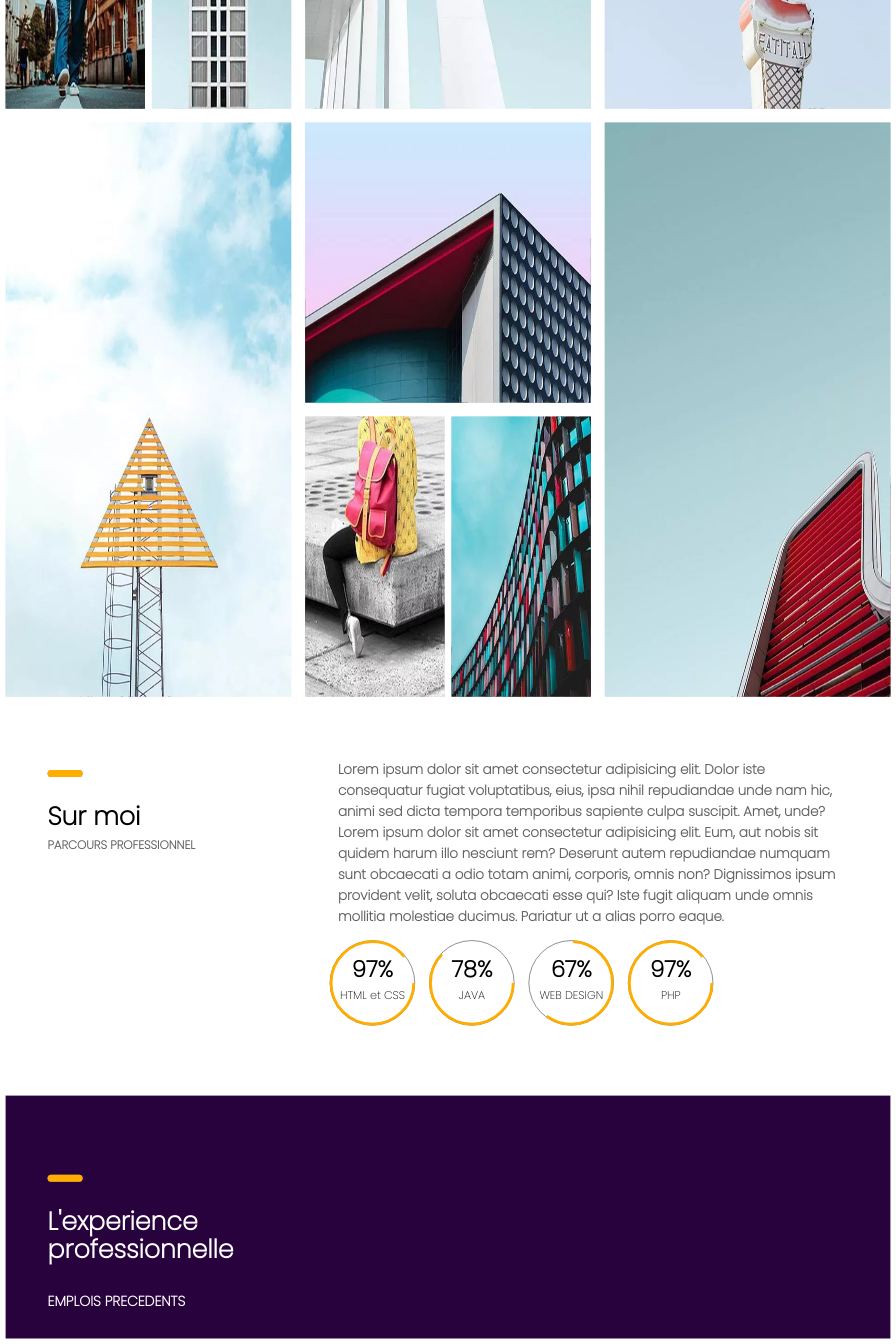
Repository: wadelfadill/CV_PORTFOLIO
Page: index.html
These files come from the project's save history. The page is drawn as it stood at one moment and after the next save; the edit follows.
The browser window is 1280 px wide. The pictures show the part of the page from y = 1693 to 3613 px (the page is 3613 px tall before and 3546 px after), at 70% of full size.
Some icons come from a web library that is not loaded, so they are not drawn. Backgrounds fixed to the window are drawn as part of the page.

Above is the page before, as saved 2023-03-16 11:39:35.

### index.html
<!DOCTYPE html>
<html lang="fr">
<head>
    <meta charset="UTF-8">
    <meta http-equiv="X-UA-Compatible" content="IE=edge">
    <meta name="viewport" content="width=device-width, initial-scale=1.0">
    <title>CV - Portfolio</title>
    <link rel="stylesheet" href="style.css">
    <link rel="stylesheet" href="path/to/font-awesome/css/font-awesome.min.css">
    <link href="/fontawesome/css/all.css" rel="stylesheet">
    <link href="/fontawesome/css/fontawesome.css" rel="stylesheet">
    <link href="/fontawesome/css/brands.css" rel="stylesheet">
    <link href="/fontawesome/css/solid.css" rel="stylesheet">
    <link rel="stylesheet" href="/fontawesome/css/regular.css">
    <link rel="preconnect" href="https://fonts.googleapis.com">
    <link rel="stylesheet" href="/fontawesome/css/all.min.css">
    <link rel='stylesheet' href='https://cdn-uicons.flaticon.com/uicons-brands/css/uicons-brands.css'>
    <link rel="stylesheet" href="https://cdn-uicons.flaticon.com/uicons-regular-straight/css/uicons-regular-straight.css">
<link rel="preconnect" href="https://fonts.gstatic.com" crossorigin>
<link href="https://fonts.googleapis.com/css2?family=Manrope&family=Montserrat&family=Poppins:wght@200&family=Roboto&display=swap" rel="stylesheet">
</head>
<body>
    <header>
        <div class="head">
            <div class="address">
                <div class="add-1">
                    <div class="add-icone"><i class="fi fi-rs-marker"></i></div>
                    <div class="add-text">3008, promenade Sarah <br> Franklin, LA 70538</div>
                </div>
                <div class="add-1">
                    <div class="add-icone"><i class="fi fi-rs-phone-call"></i></div>
                    <div class="add-text">337-4139538 <br> MIN - VEN, 8 AM - 19 PM</div>
                </div>
                <div class="add-1">
                    <div class="add-icone"><i class="fi fi-rs-messages"></i></div>
                    <div class="add-text">contact@gmail.com <br>REPONSE EN 24 HEURES</div>
                </div>
            </div>
            <div class="download">
                <a href="#" class="button">Telecharger CV</a>
            </div>
        </div>
        <div class="head_2">
           <div class="presentation">
            <div class="img">
                <img src="images/profile.jpg" alt="profile" class="profil">
                <h2>Michel SMith</h2>
                <h3 >Responsable d'Affaires</h3>
            </div>
            <div class="rest">
                <ul>
                    <li><b>NE :</b> 25 aout 1985</li>
                    <li class="courriel"><b>COURRIEL :</b> mymith@mywebpage.com</li>
                    <li><b>ETAT CIVIL :</b> Marie</li>
                </ul>
            </div>
            <div class="social">
                <ul class="social-reseau">
                    <li><a href=""><i class="fi fi-brands-pinterest"></i></a></li>
                    <li><a href=""><i class="fi fi-brands-linkedin"></i></a></li>
                    <li><a href=""><i class="fi fi-brands-instagram"></i></a></li>
                    <li><a href=""><i class="fi fi-brands-facebook"></i></a></li>
                    <li><a href=""><i class="fi fi-brands-twitter"></i></a></li>
                </ul>
            </div>

           </div>
        </div>
    </header>
    <main>
        <div class="portfolio">
            <div class="head-portfolio">
                <div class="title-portfolio">
                    <progress value="100" max="100" class="progress"></progress>
                    <h2>Portfolio</h2>
                    <h5>MON TRAVAIL</h5>
                </div>
                <div class="album-link" id="grid">
                    <a href="#grid"><b>TOUT</b></a>
                    <a href="#grid" class="web-link"><b>CREATION DE SITES WEB</b></a>
                    <a href="#grid"><b>L'IMAGE DE MARQUE</b></a>
                    <a href="#grid"><b>CONCEPTION GRAPHIQUE</b></a>
                </div>
            </div>
            <div class="grid">
                <div class="elem one web"><a href="images/portfolio_1.jpg"><img src="images/portfolio_1.jpg" alt=""></a></div>
                <div class="elem two"><a href="images/portfolio_2.jpg"> <img src="images/portfolio_2.jpg" alt=""></a></div>
                <div class="elem three web"><a href="images/portfolio_3.jpg"><img src="images/portfolio_3.jpg" alt=""></a></div>
                <div class="elem four">
                    <div class="four-1">
                        <a href="images/portfolio_4_1.jpg"><img src="images/portfolio_4_1.jpg" alt=""></a>
                    </div>
                    <div class="four-2">
                        <a href="images/portfolio_4_2.jpg"><img src="images/portfolio_4_2.jpg" alt=""></a>
                    </div>
                </div>
                <div class="elem five"><a href="images/portfolio_5.jpg"><img src="images/portfolio_5.jpg" alt=""></a></div>
                <div class="elem six"><a href="images/portfolio_6.jpg"><img src="images/portfolio_6.jpg" alt=""></a></div>
                <div class="elem seven web"><a href="images/portfolio_7.jpg"><img src="images/portfolio_7.jpg" alt=""></a></div>
                <div class="elem eight web"><a href="images/portfolio_8.jpg"><img src="images/portfolio_8.jpg" alt=""></a></div>
                <div class="elem nine">
                    <div class="nine-1">
                        <a href="images/portfolio_9_1.jpg"><img src="images/portfolio_9_1.jpg" alt=""></a>
                    </div>
                    <div class="nine-2">
                        <a href="images/portfolio_9_2.jpg"><img src="images/portfolio_9_2.jpg" alt=""></a>
                    </div>
                </div>
            </div>
        </div>
        <div class="parcou-pro">
            <div class="head-parcou-pro">
                <div class="title-parcou-pro">
                    <progress value="100" max="100" class="progress"></progress>
                    <h2>Sur moi</h2>
                    <h5>PARCOURS PROFESSIONNEL</h5>
                </div>
                <div class="parcou-pro-content">
                    <p>
                        Lorem ipsum dolor sit amet consectetur
                        adipisicing elit. Dolor iste consequatur
                        fugiat voluptatibus, eius, ipsa nihil
                        repudiandae unde nam hic, animi sed dicta
                        tempora temporibus sapiente culpa suscipit.
                        Amet, unde?
                        Lorem ipsum dolor sit amet consectetur adipisicing elit.
                        Eum, aut nobis sit quidem harum illo nesciunt rem?
                         Deserunt autem repudiandae numquam sunt obcaecati
                         a odio totam animi, corporis, omnis non?
                        Dignissimos ipsum provident velit, soluta obcaecati esse qui?
                         Iste fugit aliquam unde omnis mollitia molestiae ducimus.
                         Pariatur ut a alias porro eaque.
                    </p>
                </div>
            </div>
            <div class="competence-level">
                <div class="circle circle-1">
                    <svg>
                        <circle cx="95px" cy="86px" r="59px" fill="none"></circle>
                    </svg>
                    <div class="code">
                        <h1>97%</h1>
                        <p>HTML et CSS</p>
                    </div>
                </div>
                <div class="circle circle-2">
                    <svg>
                        <circle cx="95px" cy="86px" r="59px" fill="none"></circle>
                    </svg>
                    <div class="code">
                        <h1>78%</h1>
                        <p>JAVA</p>
                    </div>
                </div>
                <div class="circle circle-3">
                    <svg>
                        <circle cx="95px" cy="86px" r="59px" fill="none"></circle>
                    </svg>
                    <div class="code">
                        <h1>67%</h1>
                        <p>WEB DESIGN</p>
                    </div>
                </div>
                <div class="circle circle-4">
                    <svg>
                        <circle cx="95px" cy="86px" r="59px" fill="none"></circle>
                    </svg>
                    <div class="code">
                        <h1>97%</h1>
                        <p>PHP</p>
                    </div>
                </div>
            </div>
        </div>
        <div class="exp-pro">
            <div class="head-parcou-pro">
                <div class="title-exp-pro">
                    <progress value="100" max="100" class="progress"></progress>
                    <h2>L'experience <br> professionnelle</h2>
                    <h5>EMPLOIS PRECEDENTS</h5>
                </div>
                <div class="exp-pro-content">

                </div>
            </div>
        </div>
    </main>
    <footer>
    </footer>
</body>
</html>

### style.css
body{

    font-family: 'Poppins';
}
header{
    color: white;
    margin: 0;
    width: 100%;
    height: 530px;
    padding-top: 20px;
    background-image: linear-gradient(rgba(0, 0, 0, 0.4),
    rgba(0, 0, 0, 0.4)), url("images/background.jpg");
    background-size: cover;
    opacity: 1;
    background-attachment: fixed;
    z-index: 0;
    display: flex;
    justify-content: space-between;
    flex-direction: column;
    gap: 100px;
    margin-bottom: 250px;
}
.address{
    background-color: #FFAD01;
    padding: 20px;
    display: flex;
    justify-content: space-between;
    border-radius: 5px;
    z-index: 100;


}
.add-1{
    display: flex;
    justify-content: space-between;
    align-items: center;
    gap: 10px;
}
.head{
    display: flex;
    flex-direction: column;
    justify-content: space-between;
    gap: 40px;
    padding-left: 10%;
    padding-right: 10%;


}
.download{
   align-self: flex-end;
   margin: 0;
   height: 100px;
}
.download a{
    margin: 0;
    padding-top: 10px;
    padding-bottom: 10px;
    padding-right: 20px;
    padding-left: 20px;
    background-color: #FFAD01;
    align-self: flex-end;
    color: white;
    text-decoration: none;
    border-radius: 5px;

}
.download:hover {
    transform: translate(0, -5px);
    transition: 0.3s;
}

.profil{
    border-radius: 100%;
    position: relative;
    top: -80px;
    width: 200px;
    height: 200px;
    margin: -50px;
}
.add-icone i{
    font-size: 25px;
    font-weight: 500;
    font-style: normal;
}

.presentation{

    margin: auto;
    width: 50%;
    background-color: white;
    display: flex;
    flex-direction: column;
    align-items: center;
    color: black;
    margin-bottom: 100px;

}
.social-reseau a{
    display: inline-block;
    color: white;
    text-decoration: none;
    background-color: #887392;
    width: 35px;
    height: 35px;
    border-radius: 20px;
    line-height: 35px;

}
.social-reseau a i{
    display: inline-block;
    width: 14px;
    height: 23px;
    margin: auto;
    margin-left: 10px;
    margin-top: 2px;
}
.social{
    margin: 0;
    padding: 0;
}
.social-reseau{
    margin-left: 0;
    padding: 0;
    display: flex;
    justify-content: flex-start;
    gap: 20px;
    align-items: flex-start;

}
li{
    list-style: none;
}
.img{
    line-height: 30px;
    display: flex;
    flex-direction: column;
    justify-content: flex-start;
    align-items: center;
}
.img h2{
    word-spacing: 10px;
    letter-spacing: 5px;
    font-weight: 1500;
    margin: 0;
}
.img h3{
    margin: 0;
    color: #FFAD01;
}
.courriel{
    position: relative;
    left: -50px;

}
.social-reseau a:hover{
    background-color: #FFAD01;
    transition: .2s;
    transform: scale(1.1);
}
.title-portfolio h2, .title-portfolio h5, .title-parcou-pro h2, .title-parcou-pro h5{
    margin: 0;
    padding: 0;

}
.title-portfolio h2, .title-parcou-pro h2{
    padding-top: 30px;
}
.title-portfolio, .title-parcou-pro{
    font-size: 1.5em;
    line-height: 40px;

}
.title-portfolio h5, .title-parcou-pro h5{
    color:#0000009e;
    font-size: 0.7em;
}
.album-link{
    padding-top: 50px;
}
.album-link a{
    color: black;
    text-decoration: none;
    margin: 10px;
    font-size: 1.2em;
    font-weight: 900;
}
.album-link a:link{
    color: black;
}
/* .album-link a:visited{
    color: #FFAD01;
} */
.album-link a:active{
    color: #FFAD01;
}
.head-portfolio{
    display: flex;
    flex-direction: row;
    justify-content: flex-start;
    align-items: last baseline;
    gap: 20%;
    margin-left: 60px;
}
.progress{
    width: 50px;
    appearance: none;
    height: 10px;
}
.progress::-webkit-progress-value{
    border-radius: 10px;
    background-color: #FFAD01;
}
.progress::-webkit-progress-bar{
    border-radius: 10px;
}
.album-link a:hover{
    color: #FFAD01;
}
.grid{
    margin-top: 70px;
    display: grid;
    grid-template-columns: 1fr 1fr 1fr;
    grid-template-rows: 400px 400px 400px 400px;
    column-gap: 20px;
    row-gap: 20px;
}
.two{
    grid-row: 1/3;
    background: url("images/portfolio_2.jpg");
    background-size: cover;
    background-position: center;
    grid-column-start: 2;
}
.one{
    background: url("images/portfolio_1.jpg");
    background-size: cover;
    background-position: center;
}
.elem a img, .four-1 a img, .four-2 a img, .nine-1 a img, .nine-2 a img{
    width: 100%;
    height: 100%;
}
.elem a:active{
    transition: 0.3s;
}
.elem a:active img{
    background-color: rgba(0, 0, 0, 0.45);
}
.three{
    background: url("images/portfolio_3.jpg");
    background-size: cover;
    background-position: center;
}
.four{
    display: flex;
    justify-content: space-between;
    gap: 10px;
}
.four-1{
    width: 90%;
    height: 400px;
    background: url("images/portfolio_4_1.jpg");
    background-size: cover;
    background-position: center;
}
.four-2{
    width: 90%;
    height: 400px;
    background: url("images/portfolio_4_2.jpg");
    background-size: cover;
    background-position: center;
}
.five{
    background: url("images/portfolio_5.jpg");
    background-size: cover;
    background-position: center;
}
.six{
    grid-row: 3/5;
    grid-column-start: 1;
    background: url("images/portfolio_6.jpg");
    background-size: cover;
    background-position: center;
}
.seven{
    background: url("images/portfolio_7.jpg");
    background-size: cover;
    background-position: center;
}
.eight{
    grid-row: 3/5;
    grid-column-start: 3;
    background: url("images/portfolio_8.jpg");
    background-size: cover;
    background-position: center;
}
.nine{
    display: flex;
    justify-content: space-between;
    gap: 10px;

}
.nine-1{
    width: 90%;
    height: 400px;
    background: url("images/portfolio_9_1.jpg");
    background-size: cover;
    background-position: center;
}
.nine-2{
    width: 90%;
    height: 400px;
    background: url("images/portfolio_9_2.jpg");
    background-size: cover;
    background-position: center;
}
.head-parcou-pro{
    display: flex;
    flex-direction: row;
    justify-content: flex-start;
    align-items: first baseline;
    gap: 15%;
    margin-left: 60px;
    margin-right: 60px;
}
.title-parcou-pro{
    width: 30%;
}
.parcou-pro-content{
    width: 90%;
    font-size: 1.2em;
    font-weight: 700;
    line-break: auto;
    line-height: 30px;
    text-align: left;
    color: #0000009e;

}
.parcou-pro{
    margin-top: 70px;
    margin-bottom: 100px;
}
.progress-competence{
    appearance: none;
    height: 13px;

}
.circle{
    width: 120px;
    height: 120px;
    border-radius: 100px;
    border: 1px solid #0000009e;
    margin: 0;
    padding: 0;
}
/*
.circle::after{
    position: absolute;
    content: '';
    top: -4px;
    left: -4px;
    right: -4px;
    bottom: -4px;
    width: 200px;
    height: 200px;
    border-radius: 50%;
    border: 4px solid #FFAD01;
    margin: 0;
    padding: 0;


} */

.competence-level{
    width: 80%;
    display: flex;
    flex-direction: row;
    justify-content: flex-end;
    gap: 20px;
    margin-right: 100px;
}
.circle-1 svg circle{
    display: block;
    margin: auto;
    stroke: #FFAD01;
    stroke-dasharray: 350;
    stroke-dashoffset: 350;
    stroke-width: 4px;
    bottom: 20px;
    right: 20px;
    animation: circle 2s forwards;
}
.circle-2 svg circle{
    display: block;
    margin: auto;
    stroke: #FFAD01;
    stroke-dasharray: 250;
    stroke-dashoffset: 190;
    stroke-width: 4px;
    bottom: 20px;
    right: 20px;
    animation: circle 2s forwards;
}
.circle-3 svg circle{
    display: block;
    margin: auto;
    stroke: #FFAD01;
    stroke-dasharray: 150;
    stroke-dashoffset: 1;
    stroke-width: 4px;
    bottom: 20px;
    right: 20px;
    animation: circle 2s forwards;
}
.circle-4 svg circle{
    display: block;
    margin: auto;
    stroke: #FFAD01;
    stroke-dasharray: 350;
    stroke-dashoffset: 1;
    stroke-width: 4px;
    bottom: 20px;
    right: 20px;
    animation: circle 2s forwards;
}
svg{
    transform: translate(-35px, -26px);

}
@keyframes circle{
    to{
        stroke-dashoffset: 20;
    }
}
.code{
    position: relative;
    bottom: 140px;

    text-align: center;

}
.code h1{
    padding: 0;
    margin: 0;
}
.code p{
    padding: 0;
    margin: 0;
}
.exp-pro{
    background-color: #28023D;
    padding-top: 90px;
    color: white;
}
.head-exp-pro{
    display: flex;
    flex-direction: row;
    justify-content: flex-start;
    align-items: first baseline;
    gap: 15%;
    margin-left: 60px;
    margin-right: 60px;
}
.title-exp-pro{
    font-size: 1.5em;
    line-height: 40px;
}
.-exp-pro-content{

}

Loaded but not shown: fontawesome/css/all.css (library); fontawesome/css/fontawesome.css (library); fontawesome/css/solid.css (common file); fontawesome/css/regular.css (common file); fontawesome/css/all.min.css (library); fontawesome/css/brands.css (1522 lines, source omitted)

After the next save:
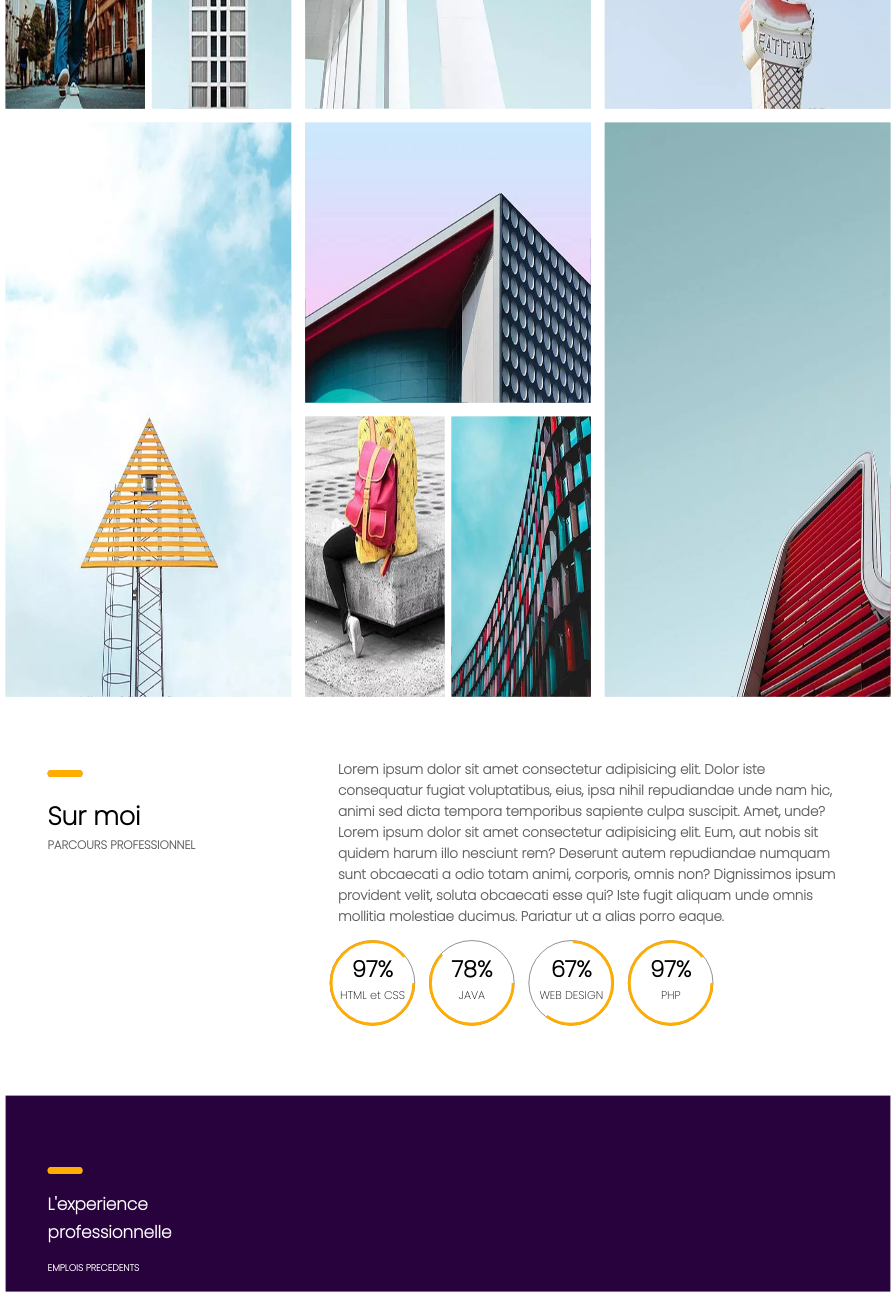
Saved 23 s later.
--- a/style.css
+++ b/style.css
@@ -461,7 +461,7 @@ svg{
     margin-left: 60px;
     margin-right: 60px;
 }
-.title-exp-pro{
+.title-exp-pro h2{
     font-size: 1.5em;
     line-height: 40px;
 }
